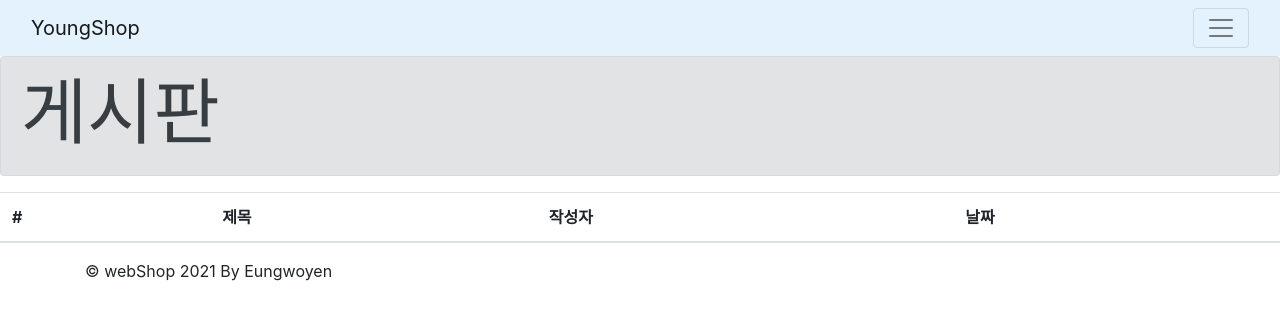
Repository: khss4008/JSP_project
Page: http://localhost/Webshop2/board/listBoard.jsp
An editor plug-in stored every save of this project. The page is shown before and after the next save, followed by the edit.
The browser window is 1280 px wide. The pictures show the whole page.
The page is served by Tomcat 9. Queries for data that is not in the repository find no rows.

Above is the page before, as saved 2021-11-05 06:10:29.
Console error: TypeError: Cannot read properties of undefined (reading 'fn')

After the next save:
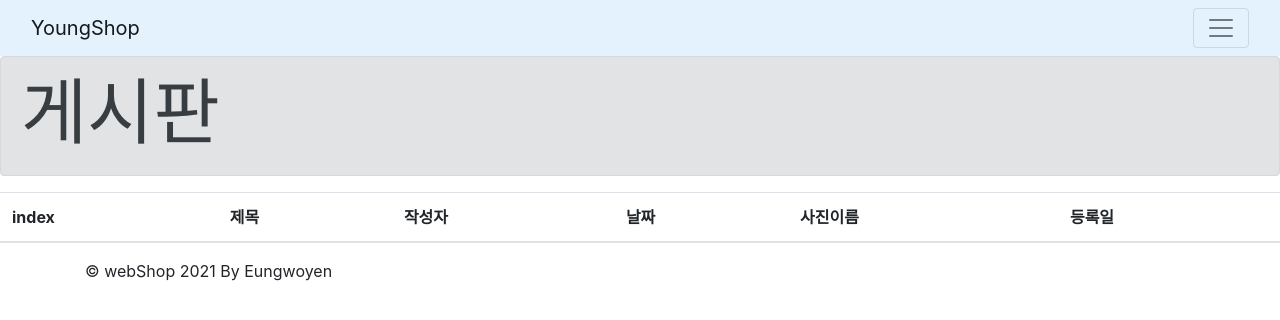
Saved 58 s later.
--- a/Webshop2/WebContent/board/listBoard.jsp
+++ b/Webshop2/WebContent/board/listBoard.jsp
@@ -24,10 +24,12 @@
 
   <thead>
     <tr>
-      <th scope="col">#</th>
+      <th scope="col">index</th>
       <th scope="col">제목</th>
       <th scope="col">작성자</th>
       <th scope="col">날짜</th>
+    <th scope="col">사진이름</th>
+    <th scope="col">등록일</th>
     </tr>
   </thead>
    <tbody>
